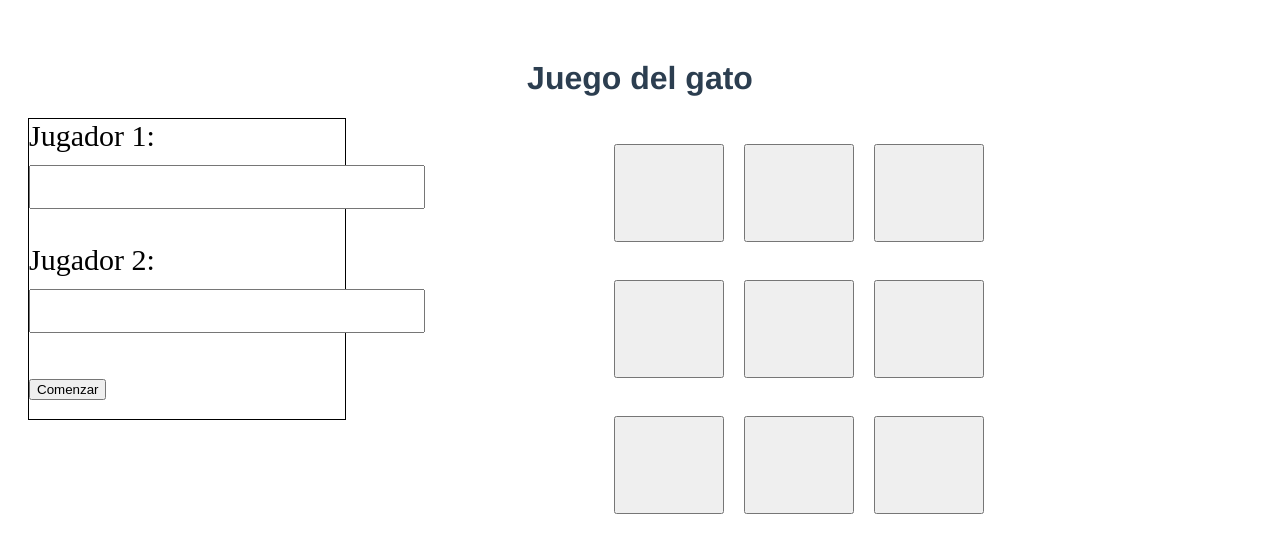
Repository: franciscamanquecheo/Taller-2
Page: / (app in vite-project/)
An editor plug-in stored every save of this project. The page is shown before and after the next save, followed by the edit.
The browser window is 1280 px wide. The pictures show the whole page.
The project was rebuilt for these pictures with package versions that can differ from the ones it lists, and the page was loaded fresh each time. Also part of the build but not shown: vite-project/vite.config.ts.

Above is the page before, as saved 2022-06-17 17:55:42.

After the next save:
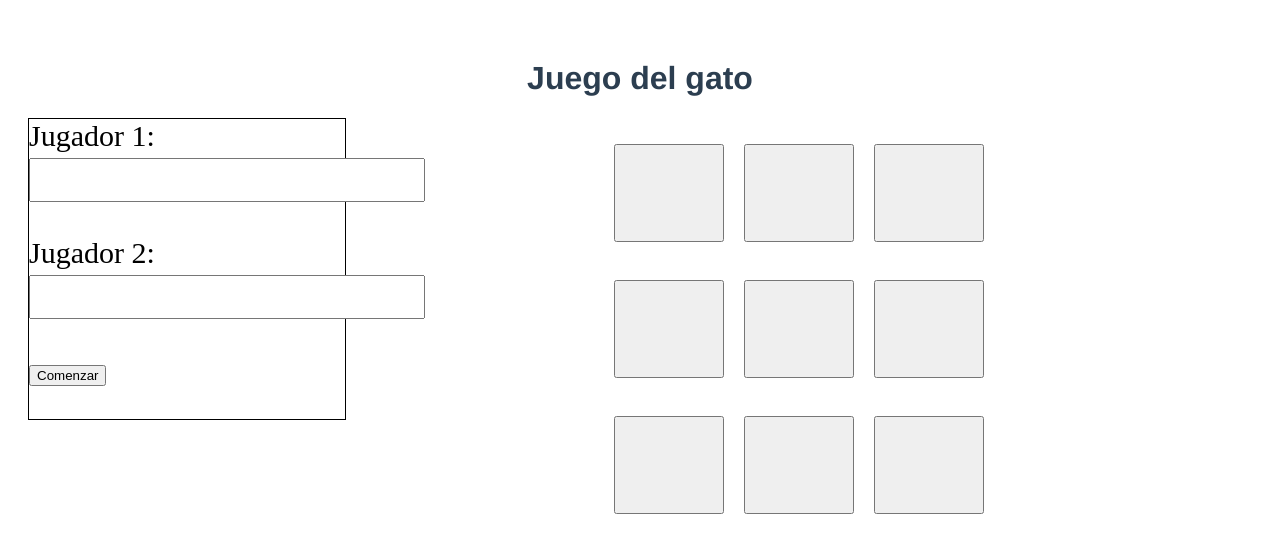
Saved 10 s later.
--- a/vite-project/src/App.vue
+++ b/vite-project/src/App.vue
@@ -82,7 +82,7 @@ article#Tablero input{
 
 }
 input[type="text"]{
-  margin-top: 0.4em;
+  margin-top: 5px;
   font-size: 1em;
   margin: 0.2 em;
   padding: 0.1em;
